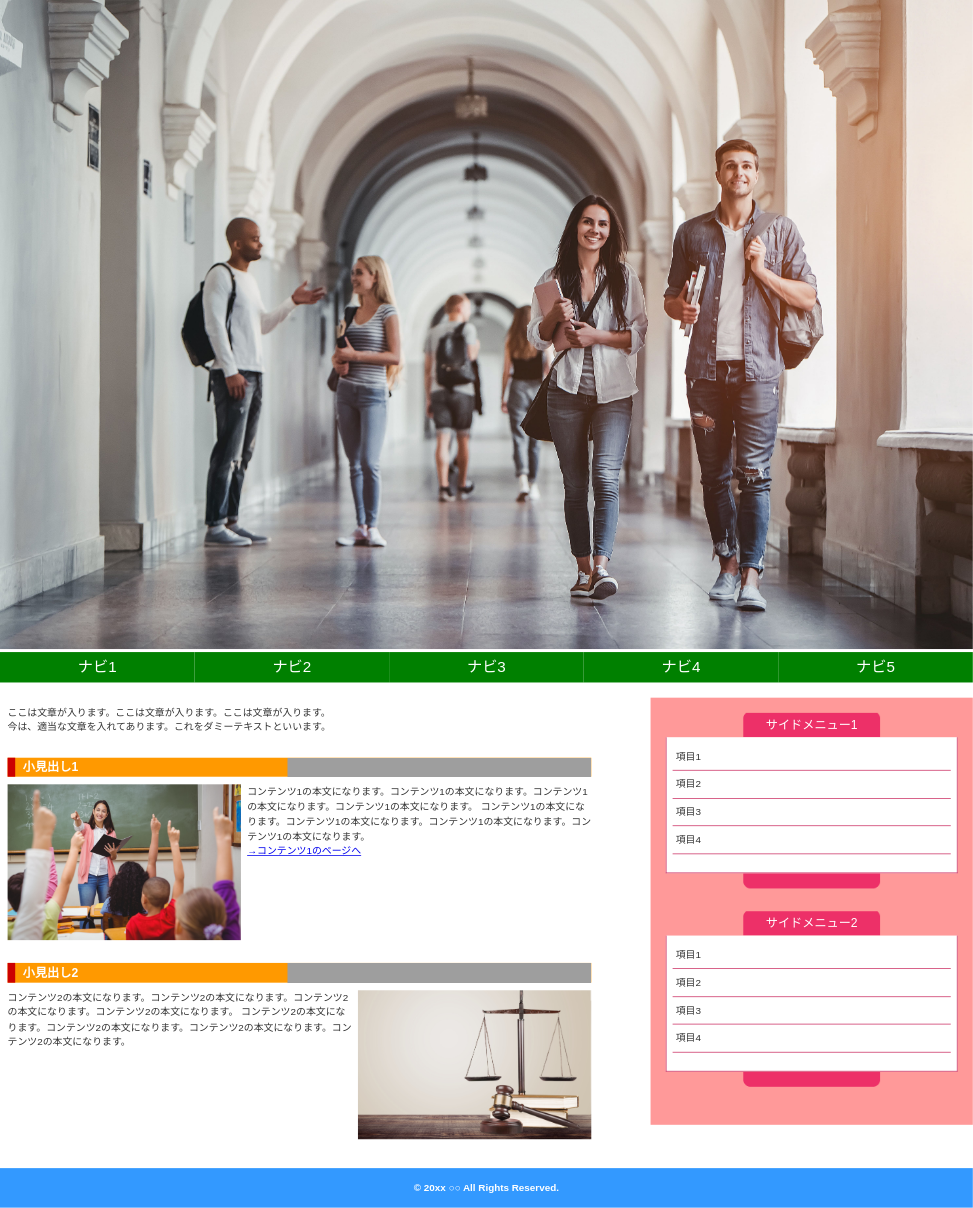
Repository: guutara-723/samurai_HTML-CSS
Page: home.html
The author's editor kept a record of every edit. The page is drawn from the files as they stood at one moment, then again after the next edit.
The browser window is 1280 px wide. The pictures show the whole page, at 76% of full size.
The pointer rests on the first visible `#nav ul li a`.
Pictures or frames that could not be fetched are drawn as grey boxes.

Above is the page before.

After the next edit:
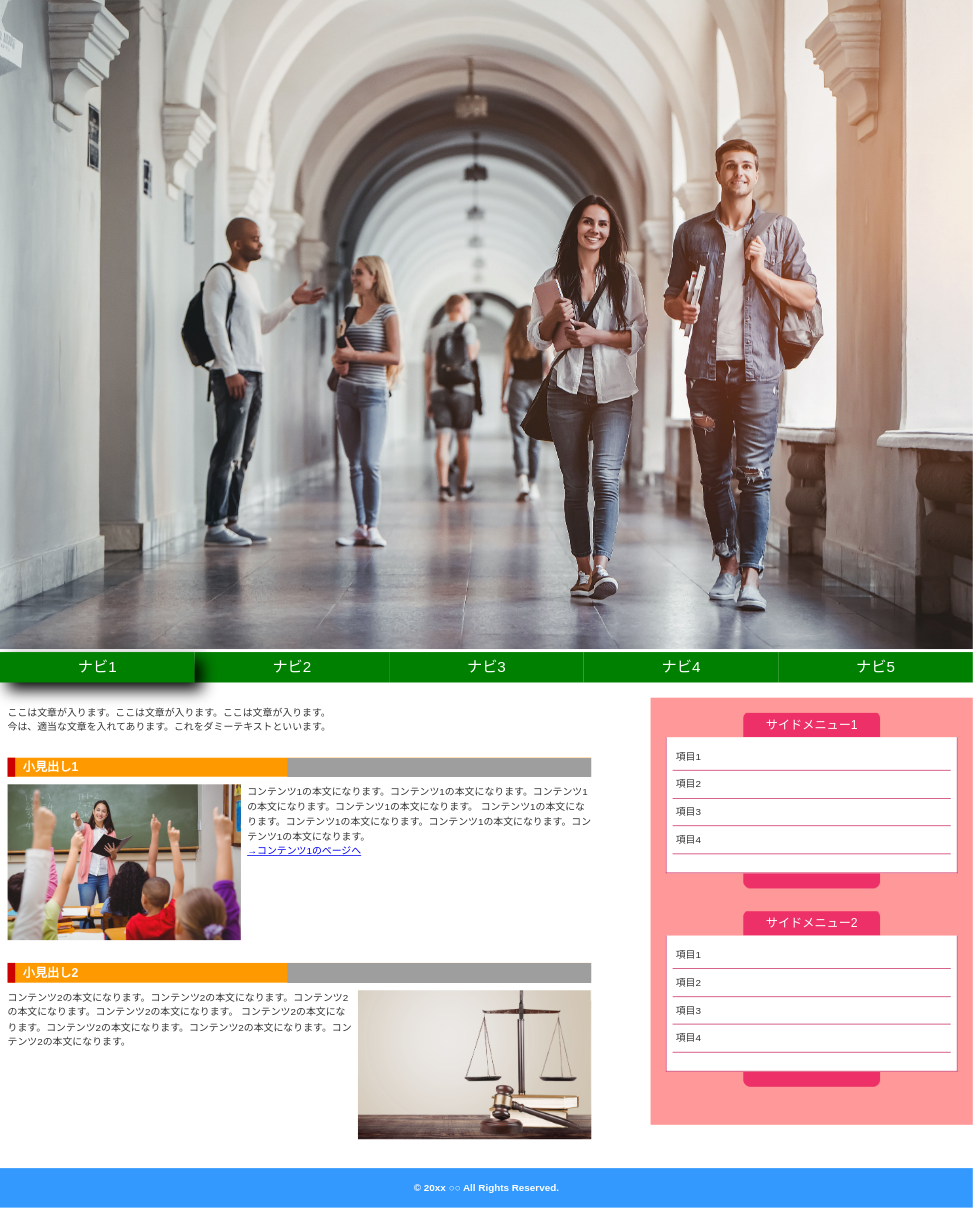
The edit:
--- a/stylesheet.css
+++ b/stylesheet.css
@@ -70,9 +70,9 @@
 	 background-color: green;
  }
 
-#nav ul li a:hover{
-	filter: dorop-shadow(10px 10px 10px black);
-}
+#nav ul li a:hover {
+	 filter: drop-shadow(10px 10px 10px black);
+ }
 
 /* -------------------- container -------------------- */
  #container {
